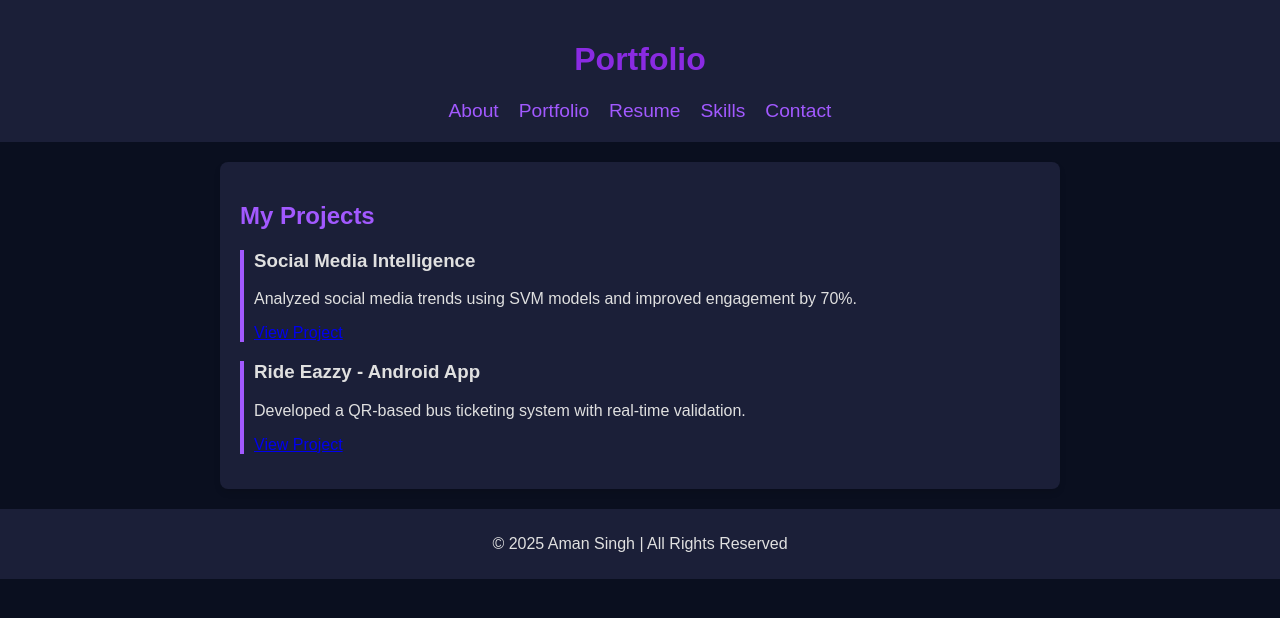
Repository: aman3singh/portfolio
Page: portfolio.html
The author's editor kept a copy of each file at every save. The page is drawn from the files as they stood at one save, then again after the next save.
The browser window is 1280 px wide. The pictures show the whole page.

Above is the page before, as saved 2025-02-11 18:30:23.

After the next save:
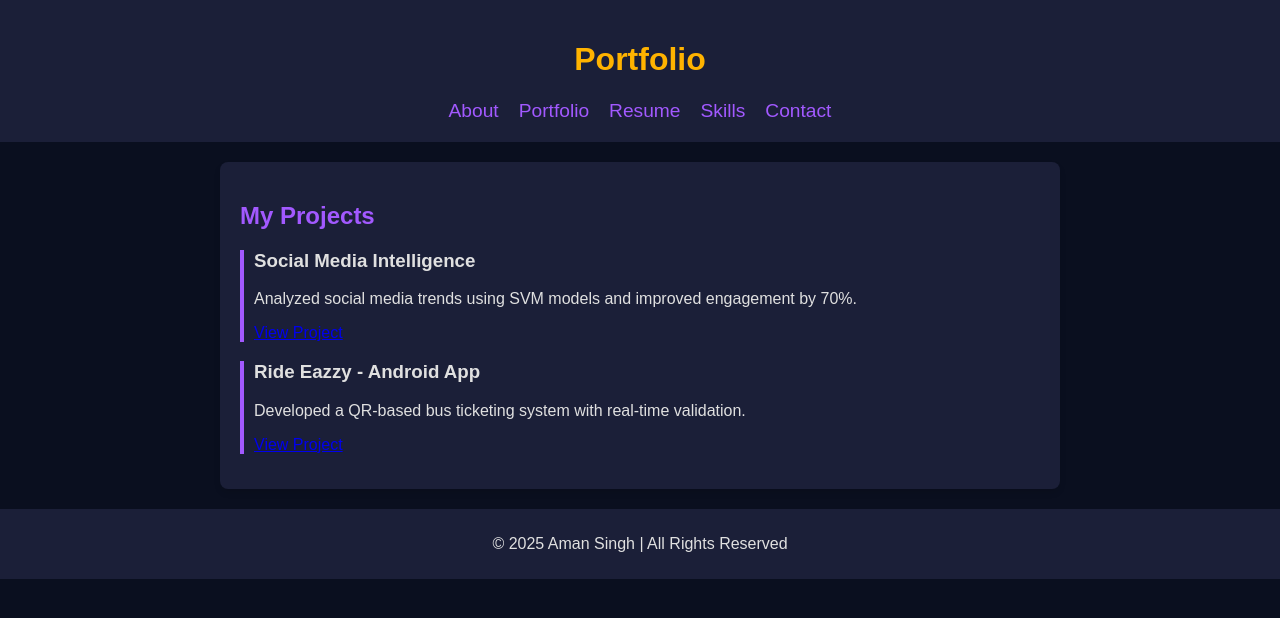
Saved 22 s later.
--- a/styles.css
+++ b/styles.css
@@ -8,7 +8,7 @@ body {
 
 header {
     background-color: #1B1F38;
-    color: 	#8A2BE2;
+    color: 	#FFB300;
     text-align: center;
     padding: 20px;
 }
